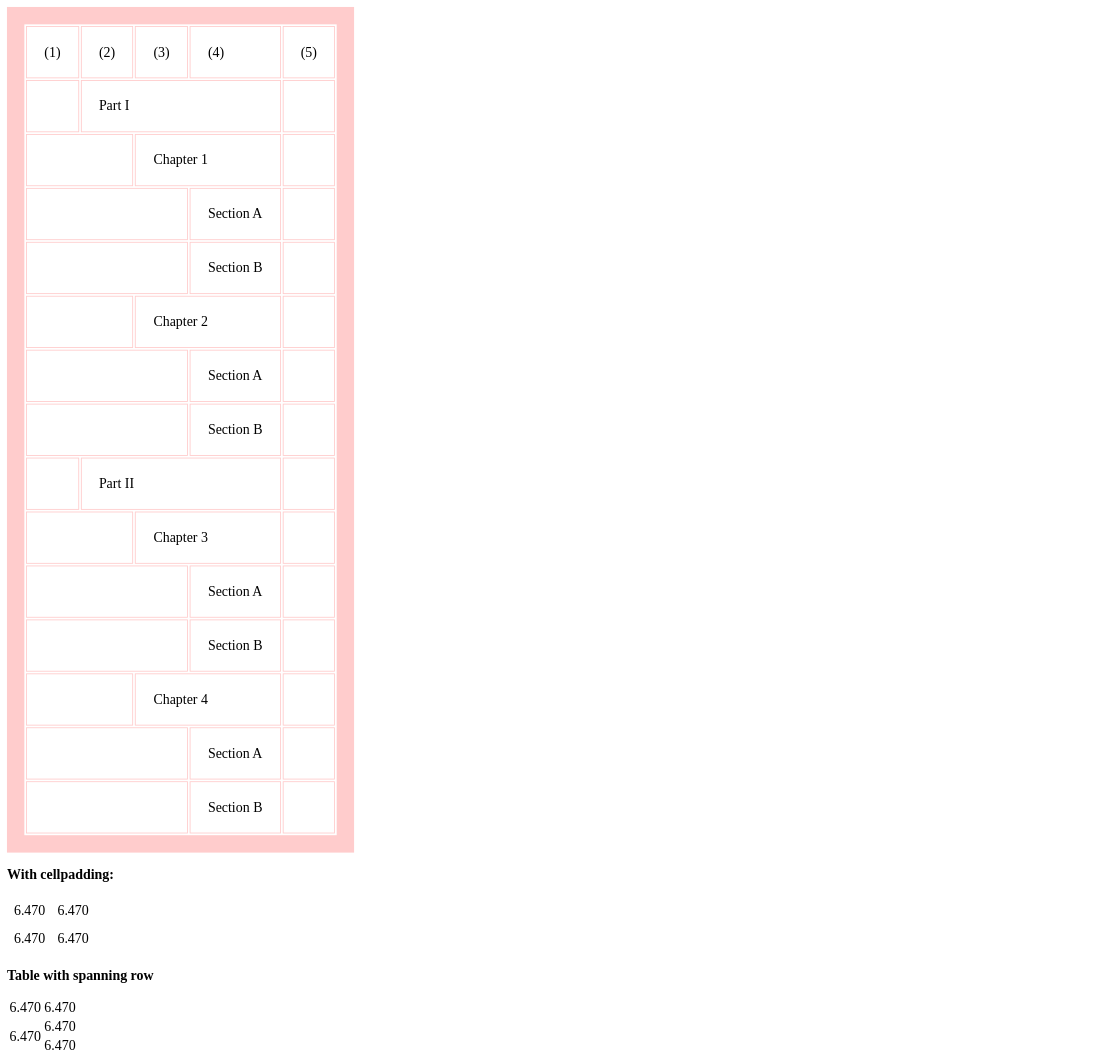
Repository: watermelonfee/HTCNWEB
Page: Tuan01/BT06/BT06b.html
An editor plug-in stored every save of this project. The page is shown before and after the next save, followed by the edit.
The browser window is 1280 px wide. The pictures show the whole page, at 87% of full size.

Above is the page before, as saved 2023-02-21 22:42:41.

After the next save:
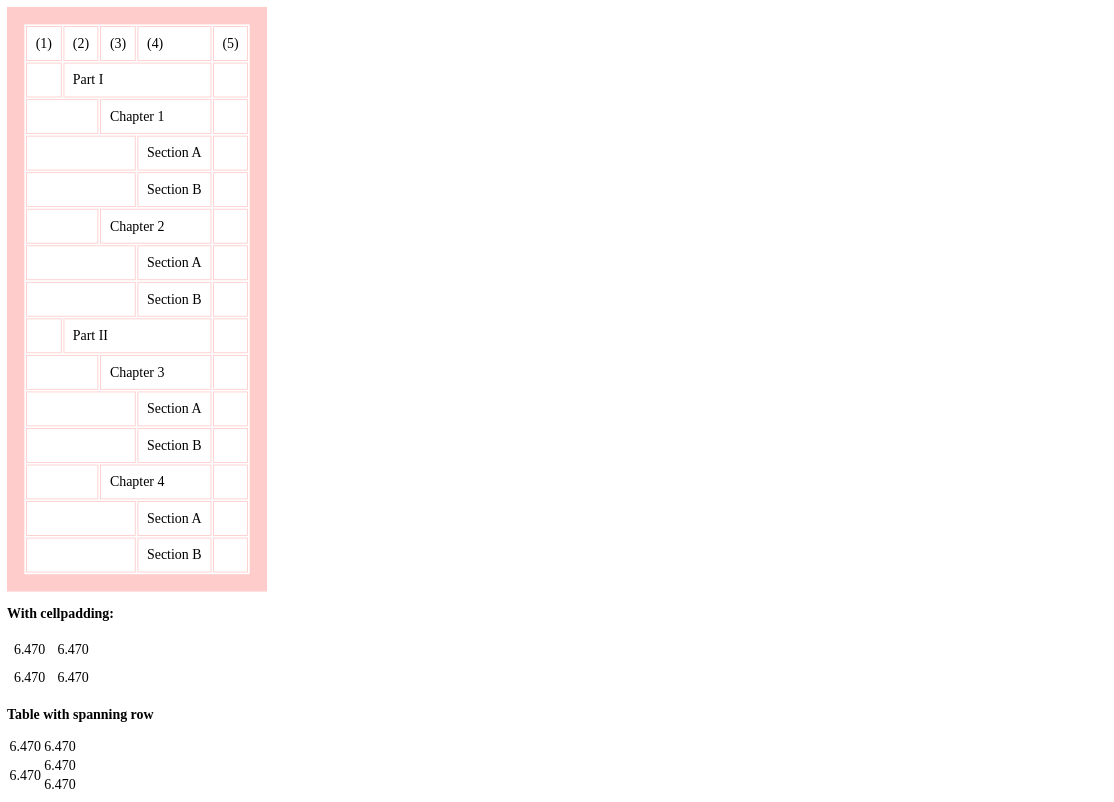
Saved 5 s later.
--- a/Tuan01/BT06/BT06b.html
+++ b/Tuan01/BT06/BT06b.html
@@ -8,7 +8,7 @@
 </head>
 <body>
     <div>
-        <table border="20" cellpadding="20" bordercolor="FFCCCC"class="table1">
+        <table border="20" cellpadding="10" bordercolor="FFCCCC"class="table1">
             <tr class="text2">
             <td>(1)</td>
             <td>(2)</td>
